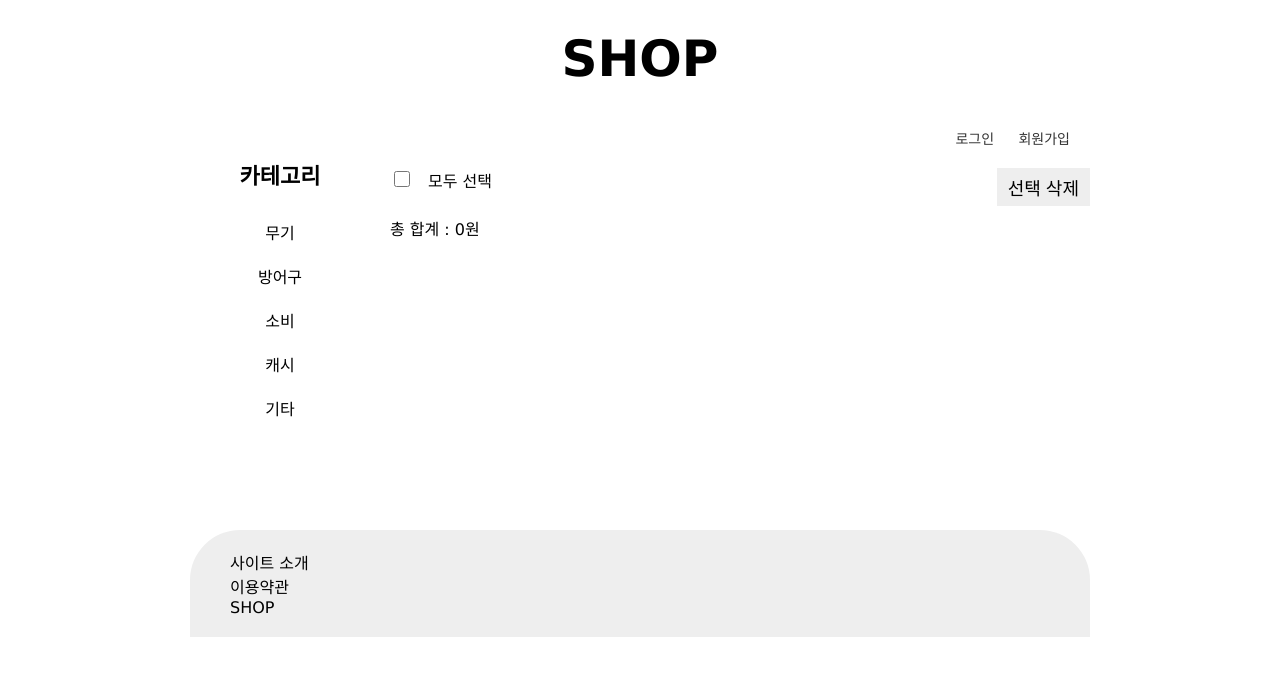
Repository: leesoonyong/shopping-mall
Page: http://localhost/shop/WEB-INF/views/shop/cartList.jsp
These files come from the project's save history. The page is drawn as it stood at one moment and after a run of saves; the edit follows.
The browser window is 1280 px wide. The pictures show the whole page.
The page is served by Tomcat 9. Nobody is signed in. The template is opened directly, without the code that normally fills it, so the values that code supplies are empty.

Above is the page before, as saved 2020-09-15 02:17:15.

After the next 2 saves:
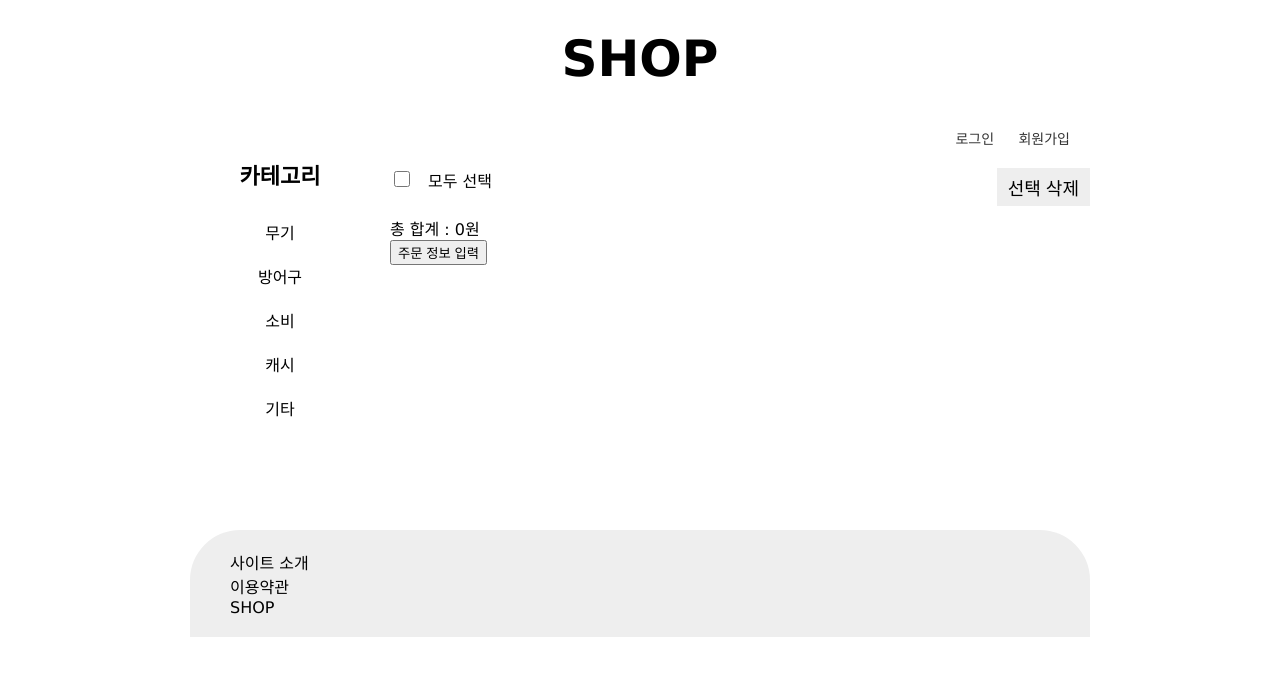
The 2 saves are shown as one change because they came seconds apart.
The last was saved 31 s later.
--- a/shop/src/main/webapp/WEB-INF/views/shop/cartList.jsp
+++ b/shop/src/main/webapp/WEB-INF/views/shop/cartList.jsp
@@ -349,6 +349,9 @@ section#content div.goodsName a {
 						<div class="sum">
 							총 합계 : <fmt:formatNumber pattern="###,###,###" value="${sum}"/>원
 						</div>
+						<div class="orderOpne">
+							<button type="button" class="orderOpne_bnt">주문 정보 입력</button>
+						</div>
 					</div>
 				</section>
 		</div>
